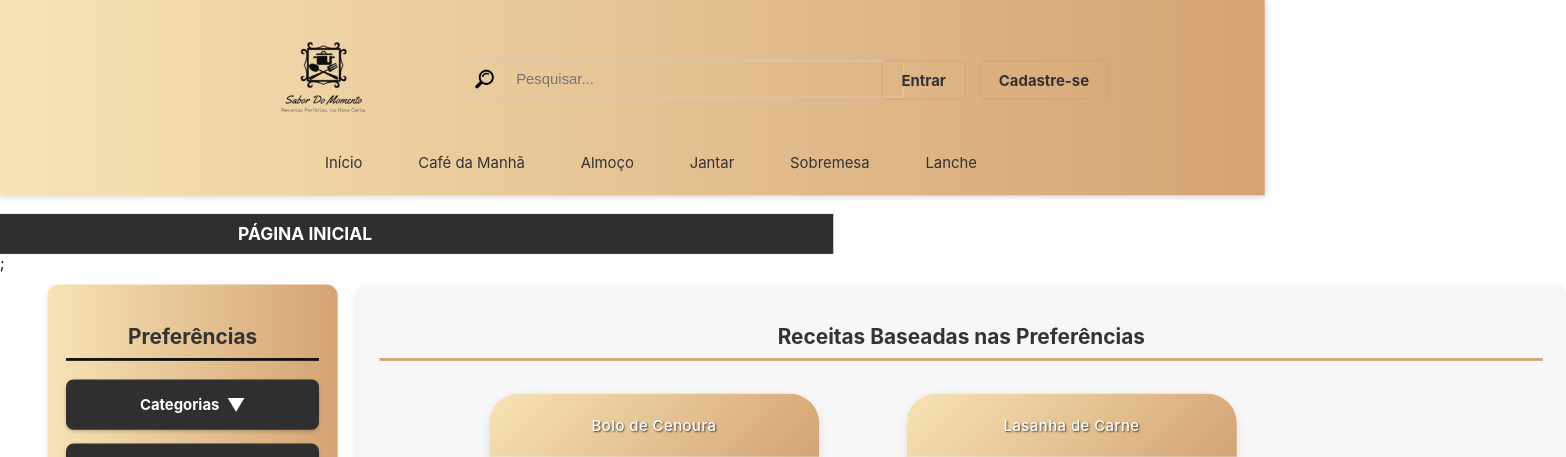
Repository: ICEI-PUC-Minas-PMV-SInt/pmv-sint-2024-2-e2-proj-front-grupo4-receitas1
Page: /
The author's editor kept a copy of each file at every save. The page is drawn from the files as they stood at one save, then again after the next save.
The browser window is 1280 px wide. The page is 1684 px wide, so the pictures cover 1684 px, including what lies to the right of the window. The pictures show the part of the page from y = 0 to 491 px (the page is 48061 px tall before and 49629 px after), at 93% of full size.
Pictures or frames that could not be fetched are drawn as grey boxes. Some web libraries are served in a nearby version. The project was rebuilt for these pictures with package versions that can differ from the ones it lists, and the page was loaded fresh each time. Also part of the build but not shown: vite.config.js, src/Components/ModalComentarios.module.css, src/Components/Comentarios.module.css, src/Components/Comentario.module.css, src/Components/Avatar.module.css, src/Components/Avatar.js, src/Components/RespostasLista.module.css, src/Components/RespostasLista.js and 34 more.

Above is the page before, as saved 2024-11-17 11:07:24.

### public/index.html
<!-- @format -->

<!DOCTYPE html>
<html lang="en">
	<head>
		<meta charset="utf-8" />
		<link rel="icon" href="%PUBLIC_URL%/favicon.png" />
		<meta name="viewport" content="width=device-width, initial-scale=1" />
		<meta name="theme-color" content="#000000" />
		<meta
			name="description"
			content="Web site created using create-react-app"
		/>
		<link rel="apple-touch-icon" href="%PUBLIC_URL%/logo192.png" />
		<!--
      manifest.json provides metadata used when your web app is installed on a
      user's mobile device or desktop. See https://developers.google.com/web/fundamentals/web-app-manifest/
    -->
		<link rel="manifest" href="%PUBLIC_URL%/manifest.json" />
		<link
			href="https://fonts.googleapis.com/css2?family=Merriweather:wght@400&display=swap"
			rel="stylesheet"
		/>

		<!--
      Notice the use of %PUBLIC_URL% in the tags above.
      It will be replaced with the URL of the `public` folder during the build.
      Only files inside the `public` folder can be referenced from the HTML.

      Unlike "/favicon.ico" or "favicon.ico", "%PUBLIC_URL%/favicon.ico" will
      work correctly both with client-side routing and a non-root public URL.
      Learn how to configure a non-root public URL by running `npm run build`.
    -->
		<title>Sabor do momento</title>
	</head>
	<body>
		<!--VLibras Widget-->
		<div vw class="enabled">
			<div vw-access-button class="active"></div>
			<div vw-plugin-wrapper>
				<div class="vw-plugin-top-wrapper"></div>
			</div>
		</div>
		<script src="https://vlibras.gov.br/app/vlibras-plugin.js"></script>
		<script>
			document.addEventListener('DOMContentLoaded', function () {
				new window.VLibras.Widget('https://vlibras.gov.br/app');
			});
		</script>
		<noscript>You need to enable JavaScript to run this app.</noscript>
		<div id="root"></div>
		<!--
      This HTML file is a template.
      If you open it directly in the browser, you will see an empty page.

      You can add webfonts, meta tags, or analytics to this file.
      The build step will place the bundled scripts into the <body> tag.

      To begin the development, run `npm start` or `yarn start`.
      To create a production bundle, use `npm run build` or `yarn build`.
    -->
	</body>
</html>

### src/index.css
/** @format */

body {
	width: 100vw;
	margin: 0;
	padding: 0;
	justify-content: center;
	align-items: center;
	overflow-x: hidden;
	font-family: -apple-system, BlinkMacSystemFont, 'Segoe UI', 'Roboto', 'Oxygen',
		'Ubuntu', 'Cantarell', 'Fira Sans', 'Droid Sans', 'Helvetica Neue',
		sans-serif;
	-webkit-font-smoothing: antialiased;
	-moz-osx-font-smoothing: grayscale;
}

code {
	font-family: source-code-pro, Menlo, Monaco, Consolas, 'Courier New',
		monospace;
}

### src/App.js
/** @format */

import {
	HashRouter as Router,
	Routes,
	Route,
	useParams,
} from 'react-router-dom';
import CafedaManha from './Components/pages/CafedaManha';
import Almoco from './Components/pages/Almoco.js';
import Jantar from './Components/pages/Jantar';
import Sobremesa from './Components/pages/Sobremesa';
import Lanche from './Components/pages/Lanche';
import Inicio from './Components/pages/Inicio';
import PaginaReceita from './Components/pages/PaginaReceita.js';
import ScrollToTop from './Components/ScrollToTop.js';
import Cadastro from './Components/pages/Cadastro.js';
import Layout from './Components/pages/layout/Layout.js';
import Login from './Components/pages/Login.js';
import PerfilUsuario from './Components/pages/PerfilUsuario.js';
import ReceitasSalvas from './Components/pages/ReceitasSalvas'; // Importa a nova página de receitas salvas

function App() {
	return (
		<Router>
			<ScrollToTop />
			<Layout>
				<Routes>
					<Route path='/' element={<Inicio />} />
					<Route path='/cafedamanha' element={<CafedaManha />} />
					<Route path='/almoco' element={<Almoco />} />
					<Route path='/jantar' element={<Jantar />} />
					<Route path='/sobremesa' element={<Sobremesa />} />
					<Route path='/lanche' element={<Lanche />} />
					<Route path='/receitas/:id' element={<RouteReceitaWrapper />} />
					<Route path='/cadastro' element={<Cadastro />} />
					<Route path='/login' element={<Login />} /> {/* Rota sem Navbar */}
					<Route path='/perfilusuario' element={<PerfilUsuario />} />
					<Route path='/receitas-salvas' element={<ReceitasSalvas />} />{' '}
					{/* Nova rota para receitas salvas */}
				</Routes>
			</Layout>
		</Router>
	);
}

function RouteReceitaWrapper() {
	const { id } = useParams();
	return <PaginaReceita key={id} />;
}

export default App;

### src/Components/ScrollToTop.js
/** @format */

// ScrollToTop.js
import { useEffect } from 'react';
import { useLocation } from 'react-router-dom';

const ScrollToTop = () => {
	const { pathname } = useLocation();

	useEffect(() => {
		window.scrollTo(0, 0);
	}, [pathname]);

	return null;
};

export default ScrollToTop;

### src/Components/pages/layout/Layout.js
/** @format */

// Layout.js
import { useLocation } from 'react-router-dom';
import Navbar from './Navbar.js';
import Container from './Container.js';

const Layout = ({ children }) => {
	const location = useLocation();
	const hideNavbarRoutes = ['/cadastro', '/login']; // Defina as rotas onde a Navbar deve estar oculta

	return (
		<>
			{!hideNavbarRoutes.includes(location.pathname) && <Navbar />}
			<Container customClass='min-height'>{children}</Container>
		</>
	);
};

export default Layout;

### src/Components/LargeButton.js
/** @format */

import React from 'react';
import styles from './LargeButton.module.css';

const LargeButton = ({ textoBotao, className }) => {
	return (
		<div className={`${styles.largeButton} ${className}`}>
			<p>{textoBotao}</p>
		</div>
	);
};

export default LargeButton;

### src/Components/pages/Inicio.module.css
/** @format */

/* Container principal */
.containerGeral {
	padding-top: 20px;
}

.listaReceitas {
	display: grid;
	grid-template-columns: repeat(3, 1fr);
	flex-wrap: wrap;
	justify-content: center;
	row-gap: 1rem;
	column-gap: 2rem;
	padding: 1rem;
}

.perfilContainer {
	display: flex;
	flex-direction: column;
	padding-left: 4%;
	padding-top: 1%;
}

.containerBemVindoEFilteredRecipes {
	display: flex;
	flex-direction: column;
	align-items: center;
}

/* Título */
.perfilContainer h2 {
	font-size: 1.8rem;
	color: #333;
	margin-bottom: 20px;
	display: flex;
}

/* Layout principal: menu à esquerda e receitas à direita */
.perfilContent {
	display: flex;
	width: 100%;
	max-width: 1400px;
	gap: 20px;
	align-items: flex-start;
}

/* Menu de preferências (à esquerda) */
.preferencesCard {
	background: linear-gradient(90deg, #f7e3b4, #d4a373);
	border-radius: 12px;
	box-shadow: 0 4px 8px rgba(0, 0, 0, 0.1);
	padding: 20px;
	width: 15rem;
	min-width: 17rem;
}

.preferencesCardPerfilUsuario {
	background: linear-gradient(90deg, #f7e3b4, #d4a373);
	border-radius: 12px;
	box-shadow: 0 4px 8px rgba(0, 0, 0, 0.1);
	padding: 20px;
	width: 15rem;
	min-width: 17rem;
	margin-top: 5.1rem;
}

.preferencesCardPerfilUsuario h3 {
	text-align: center;
	color: #333;
	font-weight: bold;
	font-size: 1.4rem;
	margin-bottom: 20px;
	border-bottom: 3px solid #101010;
	padding-bottom: 10px;
}

/* Título do menu de preferências */
.preferencesCard h3 {
	text-align: center;
	color: #333;
	font-weight: bold;
	font-size: 1.4rem;
	margin-bottom: 20px;
	border-bottom: 3px solid #101010;
	padding-bottom: 10px;
}

/* Estilo do accordion */
.accordion {
	margin-bottom: 15px;
}

.accordionHeader {
	font-size: 16px;
	font-weight: bold;
	color: white; /* Cor branca para contraste */
	padding: 15px;
	background-color: #2f2f2f; /* Fundo escuro */
	border-radius: 8px;
	display: flex;
	justify-content: center;
	align-items: center;
	cursor: pointer;
	transition: background-color 0.3s ease-in-out, transform 0.2s;
	gap: 8px;
	box-shadow: 0px 2px 4px rgba(0, 0, 0, 0.2); /* Sombra leve */
}

.accordionHeader:hover {
	background-color: #444444; /* Tonalidade mais clara ao passar o mouse */
	transform: translateY(-2px);
}

.accordionArrow {
	font-size: 1.2rem;
	transform: scale(1);
	transition: transform 0.2s ease-in-out;
}

.accordionHeader:hover .accordionArrow {
	transform: scale(1.1);
}

.accordionContent {
	padding: 15px;
	background-color: #f9f9f9;
	border-radius: 8px;
	margin-top: 5px;
	display: grid;
	grid-template-columns: repeat(2, 1fr);
	gap: 15px;
	box-shadow: 0px 4px 8px rgba(0, 0, 0, 0.1); /* Sombra para demarcar o conteúdo */
}

/* Chips interativos */
.preferenceChip {
	padding: 10px 15px;
	border-radius: 20px;
	background-color: #f1f1f1;
	color: #333;
	cursor: pointer;
	transition: all 0.3s ease;
	font-size: 1rem;
	font-weight: bold;
	text-align: center;
	box-shadow: 0px 4px 8px rgba(0, 0, 0, 0.1);
}

.preferenceChip:hover {
	background-color: #d4a373;
	color: white;
	box-shadow: 0px 6px 12px rgba(0, 0, 0, 0.2);
	transform: translateY(-2px);
}

.activeChip {
	background-color: #d4a373;
	color: white;
}

/* Seção de receitas */
.filteredRecipes {
	flex-grow: 1;
	background-color: #f7f7f7;
	border-radius: 12px;
	box-shadow: 0 4px 8px rgba(0, 0, 0, 0.1);
	padding: 25px;
	padding-top: 20px;
	min-width: 1251px;
}

.filteredRecipes h3 {
	text-align: center;
	color: #333;
	font-size: 1.4rem;
	margin-bottom: 20px;
	border-bottom: 3px solid #d4a373;
	padding-bottom: 10px;
}

.filteredRecipesGrid {
	display: grid;
	grid-template-columns: repeat(3, 1fr);
	gap: 20px;
}

/* Responsividade */
@media (max-width: 768px) {
	.perfilContent {
		flex-direction: column;
		gap: 20px;
	}

	.preferencesCard {
		width: 100%;
	}

	.filteredRecipes {
		width: 100%;
	}

	.accordionContent {
		grid-template-columns: 1fr;
	}
}

### src/Components/ListaReceitas.js
/** @format */

import React from 'react';
import { receitas } from '../utils/receitas.js';
import ReceitaCard from './ReceitaCard.js';
import styles from './ListaReceitas.module.css';

const ListaReceitas = ({ preferenciasSelecionadas = {} }) => {
	// Função para verificar se uma receita atende às preferências selecionadas
	const atendePreferencias = receita => {
		return Object.entries(preferenciasSelecionadas).every(
			([categoria, preferencias]) => {
				return preferencias.some(preferencia => {
					const preferenciaLower = preferencia.toLowerCase();
					// Verifica o tipo de refeição
					if (categoria === 'Categorias') {
						return receita.tipoRefeicao?.toLowerCase() === preferenciaLower;
					}
					// Verifica componentes da receita
					if (categoria === 'Tipos de Refeição') {
						return (
							receita.nome?.toLowerCase().includes(preferenciaLower) ||
							receita.ingredientes?.some(ingrediente =>
								ingrediente.toLowerCase().includes(preferenciaLower)
							)
						);
					}
					// Verifica estilos alimentares ou tags
					if (categoria === 'Estilos Alimentares' || categoria === 'Tags') {
						return receita.tags?.some(
							tag => tag.toLowerCase() === preferenciaLower
						);
					}
					// Caso nenhum critério seja atendido
					return false;
				});
			}
		);
	};

	// Filtrar receitas com base nas preferências selecionadas
	const receitasFiltradas = receitas.filter(atendePreferencias);

	return (
		<ul className={styles.containerListaReceitas}>
			{receitasFiltradas.length > 0 ? (
				receitasFiltradas.map(receita => (
					<ReceitaCard
						key={receita.id}
						id={receita.id}
						nome={receita.nome}
						fotoReceita={receita.fotoReceita}
						fotoUsuarioPostador={receita.fotoUsuarioPostador}
						usuarioPostador={receita.usuarioPostador}
					/>
				))
			) : (
				<p>Nenhuma receita encontrada.</p>
			)}
		</ul>
	);
};

export default ListaReceitas;

### src/Components/ReceitaCard.js
/** @format */

import React, { useState } from 'react';
import { useNavigate } from 'react-router-dom'; // Importa o hook de navegação
import UsuarioPostador from './UsuarioPostador.js';
import { CommentIcon } from './CommentIcon.js';
import ModalComentarios from './ModalComentarios.js'; // Importe o Modal
import styles from './ReceitaCard.module.css';
import ReactDOM from 'react-dom';

const ReceitaCard = ({
	fotoReceita,
	fotoUsuarioPostador,
	usuarioPostador,
	nome,
	id,
}) => {
	const [modalAberto, setModalAberto] = useState(false);
	const navigate = useNavigate();

	const abrirModal = () => {
		setModalAberto(true);
	};

	const fecharModal = () => {
		setModalAberto(false);
	};

	// Função para redirecionar para a página da receita ao clicar na imagem
	const handleNavigateToRecipe = () => {
		navigate(`/receitas/${id}`);
	};

	return (
		<div className={styles.containerReceitaCard}>
			<div className={styles.containerNomeReceita}>
				<p>{nome}</p>
			</div>
			<img
				className={styles.fotoReceita}
				src={fotoReceita}
				alt={`Receita de ${nome}`}
				onClick={handleNavigateToRecipe} // Redireciona ao clicar na imagem
				style={{ cursor: 'pointer' }} // Mostra o ponteiro para indicar clicável
			/>

			<div className={styles.containerUsuarioEComentarios}>
				<UsuarioPostador
					fotoUsuarioPostador={fotoUsuarioPostador}
					usuarioPostador={usuarioPostador}
				/>
				<CommentIcon onClick={abrirModal} /> {/* Abre o modal */}
			</div>

			{/* Renderiza o modal de comentários, se estiver aberto */}
			{modalAberto &&
				ReactDOM.createPortal(
					<ModalComentarios receitaId={id} onClose={fecharModal} />,
					document.body
				)}
		</div>
	);
};

export default ReceitaCard;

### src/Components/UsuarioPostador.js
/** @format */

import React from 'react';
import styles from './UsuarioPostador.module.css';

const UsuarioPostador = ({
	fotoUsuarioPostador,
	usuarioPostador,
	className,
}) => {
	return (
		<div className={`${styles.containerUsuarioPostador} ${className}`}>
			<img
				className={styles.fotoUsuarioPostador}
				src={fotoUsuarioPostador}
				alt={`Foto de ${usuarioPostador}`}
			/>
			<p>Por {usuarioPostador}</p>
		</div>
	);
};

export default UsuarioPostador;

### src/Components/CommentIcon.js
/** @format */

import React from 'react';
import { FaRegCommentDots } from 'react-icons/fa';
import styles from './IconsStyle.module.css';

export function CommentIcon({ onClick, withText = false }) {
	return (
		<div className={styles.iconWithText} onClick={onClick}>
			<FaRegCommentDots color='#333' size={24} />
			{withText && <span className={styles.iconText}>Comentários</span>}
		</div>
	);
}

### src/Components/pages/layout/Container.js
import styles from './Container.module.css'

function Container(props){
return <div>{props.children}</div>


}

export default Container

### src/Components/LargeButton.module.css
/** @format */

.largeButton {
	background-color: #2f2f2f;
	color: white;
	font-size: 15px;
	text-transform: uppercase;
	padding-left: 20%;
	padding-top: 10px;
	padding-bottom: 10px;
	font-size: 1.17rem;
	font-weight: bold;
	width: 50%;
	text-justify: center;
}

.largeButton p {
	padding: 0;
	width: fit-content;
	margin: 0;
}

### src/Components/ListaReceitas.module.css
/** @format */

.containerListaReceitas {
	display: flex;
	flex-wrap: wrap;
	row-gap: 1rem;
	column-gap: 4rem;
	margin-left: 5%;
}

### src/Components/ReceitaCard.module.css
/** @format */

.fotoReceita {
	width: 100%;
	height: 300px; /* Altura fixa para garantir um layout uniforme */
	border-radius: 0 0 2rem 2rem;
	cursor: pointer;
	object-fit: cover; /* Mantém a proporção da imagem */
	transition: transform 0.3s ease-in-out;
}

.containerReceitaCard {
	display: flex;
	flex-direction: column;
	width: 355px;
	border-radius: 2rem;
	overflow: hidden;
	box-shadow: 0px 4px 10px rgba(0, 0, 0, 0.1);
	margin: 15px; /* Espaçamento entre cards */
}

.containerReceitaCard:hover .fotoReceita {
	transform: scale(1.05); /* Aumenta a imagem ao passar o mouse */
}

.containerUsuarioEComentarios {
	display: flex;
	justify-content: space-around;
	padding: 10px;
	align-items: center;
}

.containerNomeReceita {
	background: linear-gradient(135deg, #f7e3b4, #d4a373);
	border-radius: 2rem 2rem 0 0;
	padding: 10px 0;
	text-align: center;
	height: 3rem;
	display: flex;
	justify-content: center;
	align-items: center;
}

.containerNomeReceita p {
	font-size: 16px;
	color: white;
	font-weight: 500;
	letter-spacing: 0.5px;
	margin: 0;
	text-shadow: 1px 1px 2px rgba(0, 0, 0, 0.7);
}

### src/Components/UsuarioPostador.module.css
/** @format */

.fotoUsuarioPostador {
	border-radius: 100%;
	width: 2rem;
}

.containerUsuarioPostador {
	display: flex;
	gap: 1rem;
	align-items: center;
	color: black;
}

### src/Components/IconsStyle.module.css
/** @format */

.icon {
	width: 2rem;
	cursor: pointer;
}

.iconeEnviar {
	width: 28px;
	background-color: #2f2f2f;
	border-radius: 100%;
}

.icon {
	cursor: pointer;
	transition: color 0.3s ease;
}

.saveIconContainer {
	position: relative;
	display: inline-block;
}

.saveMessage {
	position: absolute;
	top: -30px;
	right: -10px;
	background-color: #333;
	color: #fff;
	padding: 5px 10px;
	border-radius: 5px;
	font-size: 0.8rem;
	opacity: 0.8;
	animation: fade-in-out 2s ease;
}

@keyframes fade-in-out {
	0% {
		opacity: 0;
	}
	10% {
		opacity: 0.8;
	}
	90% {
		opacity: 0.8;
	}
	100% {
		opacity: 0;
	}
}

.iconWithText {
	display: flex;
	align-items: center;
	cursor: pointer;
	transition: color 0.3s ease;
}

.iconWithText:hover {
	color: #ff6347; /* Muda a cor ao passar o mouse */
}

.iconText {
	margin-left: 8px;
	font-size: 0.9rem;
	color: #333;
	font-weight: bold;
}

/* IconsStyle.module.css */

.saveIconContainer {
	display: flex;
	align-items: center;
	cursor: pointer;
	gap: 5px;
}

.saved {
	color: #000; /* Preto para o ícone salvo */
	font-size: 1.5rem;
	transition: color 0.3s ease;
}

.unsaved {
	color: #000; /* Contorno preto para o ícone não salvo */
	font-size: 1.5rem;
	transition: color 0.3s ease;
}

.iconText {
	font-size: 1rem;
	font-weight: 500;
	color: #333;
}

### src/Components/pages/layout/Navbar.module.css
/** @format */

.navbar {
	display: flex;
	justify-content: center;
	align-items: center;
	background: linear-gradient(90deg, #f7e3b4, #d4a373);
	box-shadow: 0 2px 8px rgba(0, 0, 0, 0.2);
	padding: 15px 40px;
	width: 100%;
}

.navbarContent {
	display: flex;
	align-items: center;
	gap: 50px;
}

.logo {
	width: 80%;
	max-width: 170px;
}

.list {
	display: flex;
	list-style: none;
	align-items: center;
	margin: 0;
}

.item {
	flex-grow: 1;
	text-align: center;
}

.item a {
	color: #333;
	text-decoration: none;
	display: block;
	padding: 10px 30px;
	border-radius: 5px;
	transition: background 0.3s, color 0.3s;
}

.item a:hover {
	background-color: rgba(0, 0, 0, 0.1);
	color: #000;
}

.userSection {
	display: flex;
	align-items: center;
	gap: 20px;
	position: absolute;
	right: 40px;
	top: 20px;
	margin-top: 2.8rem;
	margin-right: 3rem;
}

.authButtons {
	display: flex;
	gap: 15px;
}

.authLink {
	color: #333;
	text-decoration: none;
	font-weight: bold;
	padding: 10px 20px;
	border: 1px solid #d4a373;
	border-radius: 5px;
	transition: background 0.3s, color 0.3s;
}

.authLink:hover {
	background-color: #d4a373;
	color: #fff;
}

.loggedInUser {
	display: flex;
	align-items: center;
	gap: 10px;
	color: #333;
	flex-direction: column;
	text-align: center;
	padding-right: 5rem;
}

.avatar {
	width: 40px;
	height: 40px;
	border-radius: 50%;
	border: 2px solid #d4a373;
	object-fit: cover;
	cursor: pointer;
}

.welcomeMessage {
	font-size: 0.9rem;
	display: flex;
	flex-direction: column;
	gap: 0.8rem;
}
.welcomeMessage p {
	padding: 0;
	margin: 0;
}

.logoutButton {
	background: none;
	border: none;
	color: #d9534f;
	font-size: 0.8rem;
	cursor: pointer;
	text-decoration: underline;
}

.logoutButton:hover {
	color: #c9302c;
}

### src/Components/SearchBar.js
import React, { useState } from 'react';
import styles from './SearchBar.module.css';

function SearchBar({ onSearch }) {
  const [query, setQuery] = useState('');

  const handleInputChange = (event) => {
    const value = event.target.value;
    setQuery(value);
    onSearch(value); // Chama a função de pesquisa com o novo valor
  };

  return (
    <input
      type="text"
      className={styles.searchInput}
      placeholder=" Pesquisar..."
      value={query}
      onChange={handleInputChange} // Atualiza a pesquisa sempre que o valor mudar
    />
  );
}

export default SearchBar;

### src/Components/SearchBar.module.css
/* SearchBar.module.css */
.searchInput {
    width: 50%;
    padding: 10px 20px;
    padding-left: 50px;
    background: url('../img/lupa.png') no-repeat;
    background-position: 10px center;
    background-size: 20px;
    border: 1px solid #ccc;
    border-radius: 4px;
    font-size: 16px;
  }

Loaded but not shown: src/index.js (common file); src/reportWebVitals.js (common file); src/utils/receitas.js (4229 lines, source omitted); src/Components/pages/Inicio.js (179 lines, source omitted); src/Components/pages/layout/Navbar.js (145 lines, source omitted); src/Components/pages/layout/Container.module.css (no stored copy; drawn as an empty file)

After the next save:
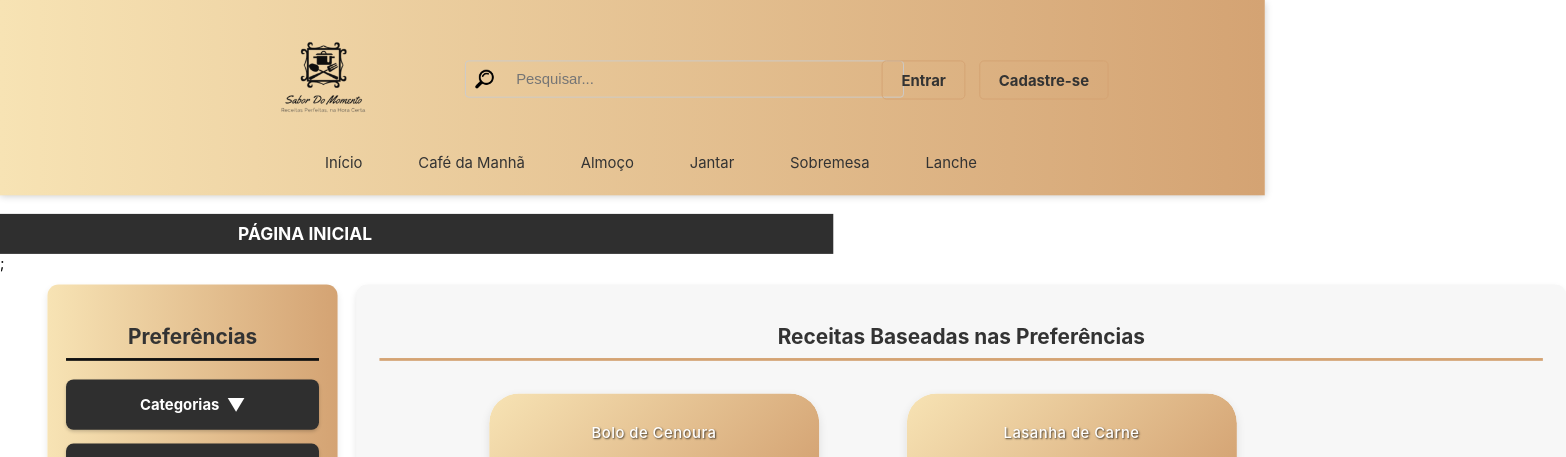
Saved 29 s later.
--- a/src/Components/ReceitaCard.module.css
+++ b/src/Components/ReceitaCard.module.css
@@ -35,7 +35,7 @@
 	border-radius: 2rem 2rem 0 0;
 	padding: 10px 0;
 	text-align: center;
-	height: 3rem;
+	height: 4rem;
 	display: flex;
 	justify-content: center;
 	align-items: center;

After the save that followed:
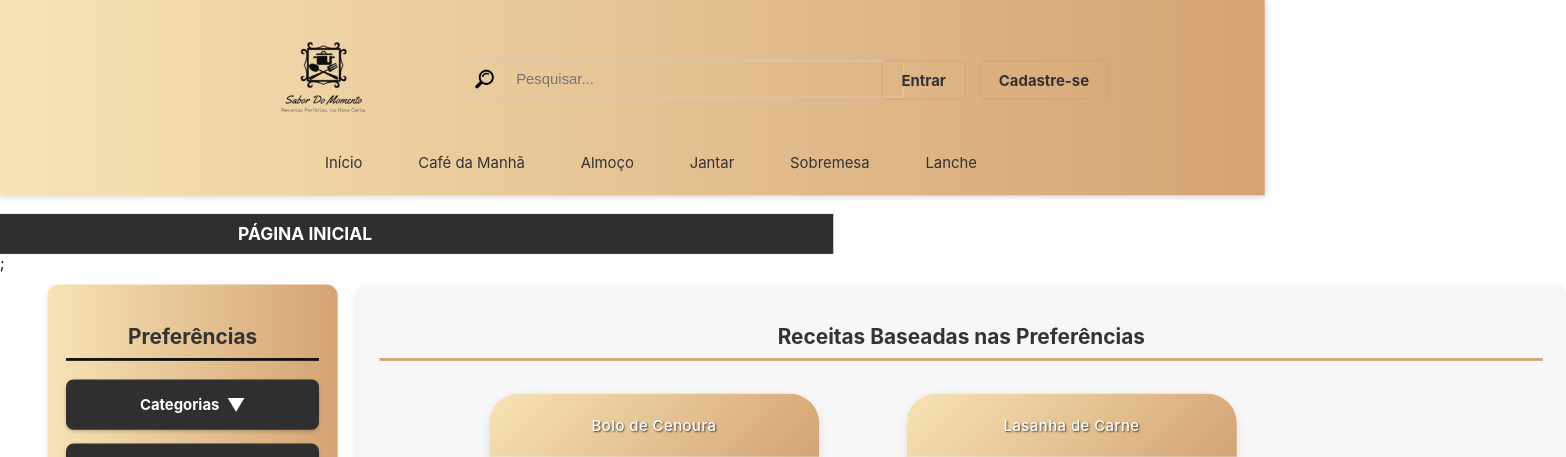
Saved 16 s later.
--- a/src/Components/ReceitaCard.module.css
+++ b/src/Components/ReceitaCard.module.css
@@ -35,7 +35,7 @@
 	border-radius: 2rem 2rem 0 0;
 	padding: 10px 0;
 	text-align: center;
-	height: 4rem;
+	height: 3rem;
 	display: flex;
 	justify-content: center;
 	align-items: center;
